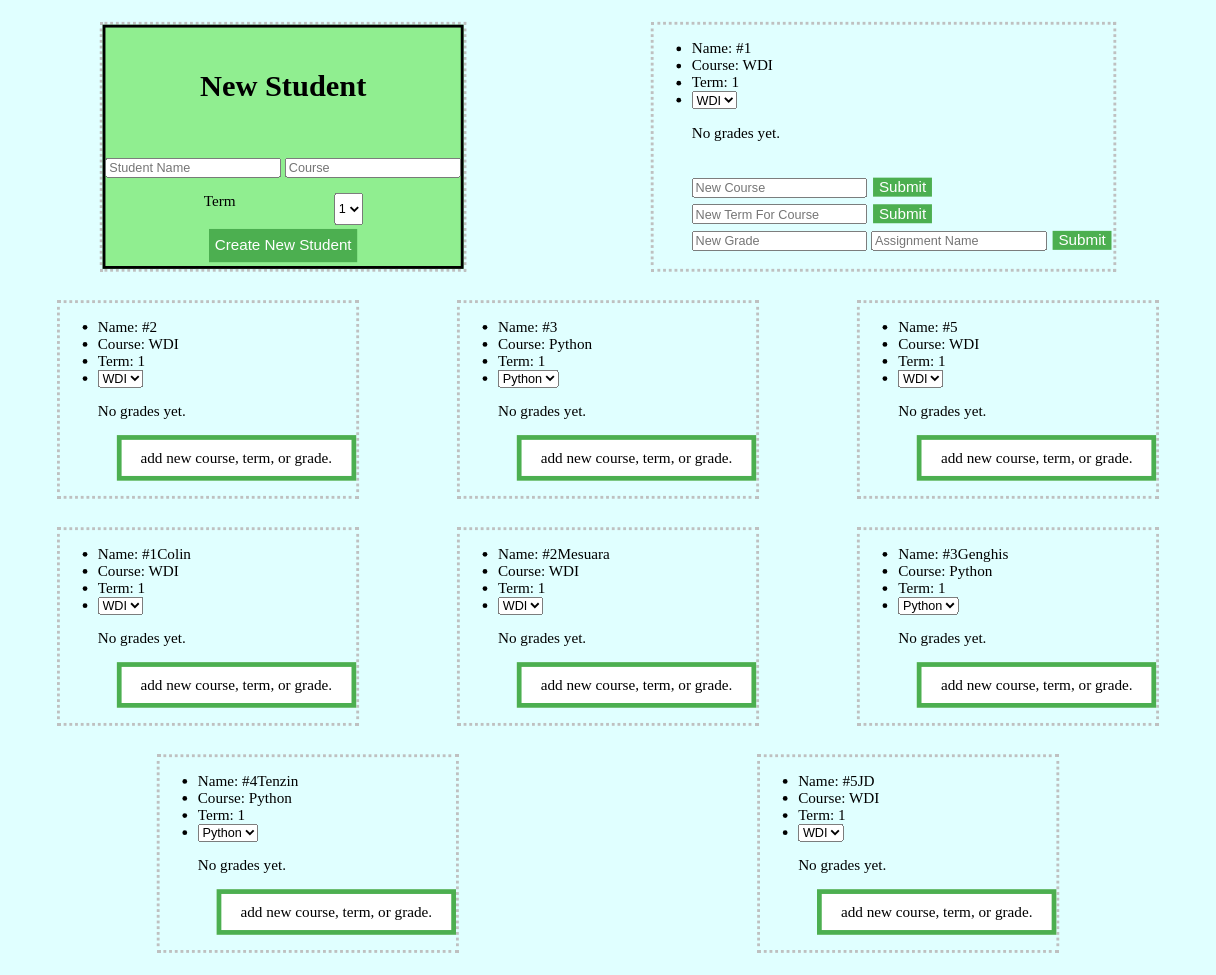
Repository: EdmontDantes/graderaide-fullstack-solution
Page: index.html
These files come from the project's save history. The page is drawn as it stood at one moment and after the next save; the edit follows.
The browser window is 1280 px wide. The pictures show the whole page, at 95% of full size.

Above is the page before, as saved 2020-04-22 13:49:59.

### index.html
<html lang="en">
  <head>
    <title>Graderaide</title>
    <meta charset="UTF-8">
    <meta name="viewport" content="width=device-width, initial-scale=1">
    <link rel="stylesheet" type="text/css" href="style-index.css">
  </head>

  <body>
    <section class="app">
      <section class="student-display" id="create-new-student-tile">

      <section class="new-student-input">
        <h1 id="text-h1-creation-section">New Student</h1>

        <div id="new-student-input-boxes">
          <input type="text" class="new-student-name" name="new-student-name" placeholder="Student Name">
          <input type="text" class="new-student-course" name="new-student-course" placeholder="Course">
        </div>

        <div id="new-student-input-options"
          <label for="new-student-term">Term</label>
          <select class="new-student-term" name="new-student-term">
            <option value="1">1</option>
            <option value="2">2</option>
            <option value="3">3</option>
          </select>
        </div>
        <section class="new-student-submit">
          <button type="submit" class="new-student-button">Create New Student</button>
        </section>
      </section>
    </section>

      <section class="student-display " id="student-1">
        <ul class="student-info">
          <li>Name: #1</li>
          <li>Course: WDI</li>
          <li>Term: 1</li>
          <li>
            <select class="course-selection">
              <option value="wdi">WDI</option>
            </select>
            <p>No grades yet.</p>
          </li>

          <br>
          <div id="data-grades-input student-1">
            <section>
              <!-- <label for="new-course">New Course:</label> -->
              <input type="text" name="new-course" class="new-course" placeholder="New Course">
              <button type="submit" class="submit-new-course">Submit</button>
            </section>
            <section>
              <!-- <label for="new-term">New Term For Course:</label> -->
              <input type="text" name="new-term" class="new-term" placeholder="New Term For Course">
              <button type="submit" class="submit-new-term">Submit</button>
            </section>
            <section>
              <!-- <label for="new-grade">New Grade:</label> -->
              <input type="text" name="new-grade" class="new-grade" placeholder="New Grade">
              <!-- <label for="new-grade-assignment">Assignment Name:</label> -->
              <input type="text" name="new-grade-assignment" class="new-grade-assignment" placeholder="Assignment Name">
              <button type="submit" class="submit-new-grade-assignment">Submit</button>
            </section>
          </div>
        </ul>
      </section>
      <section class="student-display">
        <ul class="student-info">
          <li>Name: #2</li>
          <li>Course: WDI</li>
          <li>Term: 1</li>
          <li>
            <select class="course-selection">
              <option value="wdi">WDI</option>
            </select>
            <p>No grades yet.</p>
          </li><a href="add.html">add new course, term, or grade.</a>
        </ul>
      </section>

      <section class="student-display">
        <ul class="student-info">
          <li>Name: #3</li>
          <li>Course: Python</li>
          <li>Term: 1</li>
          <li>
            <select class="course-selection">
              <option value="python">Python</option>
            </select>
            <p>No grades yet.</p>
          </li><a href="add.html">add new course, term, or grade.</a>
        </ul>
      </section>



      <section class="student-display">
        <ul class="student-info">
          <li>Name: #5</li>
          <li>Course: WDI</li>
          <li>Term: 1</li>
          <li>
            <select class="course-selection">
              <option value="wdi">WDI</option>
            </select>
            <p>No grades yet.</p>
          </li><a href="add.html">add new course, term, or grade.</a>
        </ul>
      </section>

      <section class="student-display">
        <ul class="student-info">
          <li>Name: #1Colin</li>
          <li>Course: WDI</li>
          <li>Term: 1</li>
          <li>
            <select class="course-selection">
              <option value="wdi">WDI</option>
            </select>
            <p>No grades yet.</p>
          </li><a href="add.html">add new course, term, or grade.</a>
        </ul>
      </section>
      <section class="student-display">
        <ul class="student-info">
          <li>Name: #2Mesuara</li>
          <li>Course: WDI</li>
          <li>Term: 1</li>
          <li>
            <select class="course-selection">
              <option value="wdi">WDI</option>
            </select>
            <p>No grades yet.</p>
          </li><a href="add.html">add new course, term, or grade.</a>
        </ul>
      </section>

      <section class="student-display">
        <ul class="student-info">
          <li>Name: #3Genghis</li>
          <li>Course: Python</li>
          <li>Term: 1</li>
          <li>
            <select class="course-selection">
              <option value="python">Python</option>
            </select>
            <p>No grades yet.</p>
          </li><a href="add.html">add new course, term, or grade.</a>
        </ul>
      </section>

      <section class="student-display">
        <ul class="student-info">
          <li>Name: #4Tenzin</li>
          <li>Course: Python</li>
          <li>Term: 1</li>
          <li>
            <select class="course-selection">
              <option value="python">Python</option>
            </select>
            <p>No grades yet.</p>
          </li><a href="add.html">add new course, term, or grade.</a>
        </ul>
      </section>

      <section class="student-display">
        <ul class="student-info">
          <li>Name: #5JD</li>
          <li>Course: WDI</li>
          <li>Term: 1</li>
          <li>
            <select class="course-selection">
              <option value="wdi">WDI</option>
            </select>
            <p>No grades yet.</p>
          </li><a href="add.html">add new course, term, or grade.</a>
        </ul>
      </section>
      </section>
    </section>
  </body>
  <script src="main.js"></script>
</html>

### style-index.css
body {
    background-color: lightcyan;
    display: flex;
    flex-wrap: wrap;
    justify-content: center;
}

.app {
    display: flex;
    flex-direction: row;
    flex-wrap: wrap;
    justify-content: space-around;
}

#text-h1-creation-section {
    display: flex;
    flex-wrap: wrap;
    justify-content: center;
    font-size: 2em;
}

#new-student-input-options {
    display: flex;
    flex-wrap: wrap;
    flex-direction: row;
    justify-content: space-evenly;
}

.new-student-submit {
    display: flex;
    flex-wrap: wrap;
    justify-content: center;
}

.new-student-input {
    display: grid;

    background-color: lightgreen;
    border: 3px solid black;

}
button {
    background-color: #4CAF50;
    border: none;
    color: white;
    text-align: center;
    text-decoration: none;
    display: inline-block;
    font-size: 16px;
    margin: 4px 2px;
    cursor: pointer;
}

.student-display {
    display: flex;
    justify-content: space-around;
    border: 3px dotted #BFC0C0;
    margin: 15px;
}

.student-info {
    display: flex;
    flex-direction: column;
    justify-content: space-evenly;
}

a {
    background-color: white;
    color: black;
    border: 5px solid #4CAF50;
    padding: 10px 20px;
    text-align: center;
    text-decoration: none;
    display: inline-block;
    font-size: 16px;
    margin-left: 20px;
}

### main.js
/******************
 * YOUR CODE HERE *
 ******************/

const Grade = (assignment, score) => {
    return {
        assignment,
        score,
    }
}

const Term = () => {
    return {
    grades: [],

    addGrade: function(assignment, score) {
        const grade = Grade(assignment, score);
        this.grades.push(grade);
    },
    }
}

const Course = (name) => {
    return {
    name,
    terms: [Term()],

    addTerm: function() {
        const term = Term();
        this.terms.push(term);
    }
    }
}

const Student = (name, course, term = 1) => {
    return {
    name,
    course,
    term,
    courses: [Course(course)],

    addCourse: function(course) {
        this.courses.push(Course(course));
        this.course = course;
    },

    getAverage: function(courseToFind = this.course, termIndex = this.term - 1) {
        let foundCourse;
        for (const course of this.courses) {
        if (course.name === courseToFind) {
            foundCourse = course;
        }
        }

        const grades = foundCourse.terms[termIndex].grades;
        if (grades.length === 0) {
        return 'No grades yet.'
        }

        let sum = 0;
        for (const grade of grades) {
        sum += grade.score;
        }

        return sum / grades.length;
    },
    }
}

// const createNewStudentTileQuery = document.querySelector('#create-new-student-tile');
const newStudentNameQuery = document.querySelector('.new-student-name');
const newStudentCourseNameQuery = document.querySelector('.new-student-course');
const newStudentTermNumOptionQuery = document.querySelector('.new-student-term');
const btnNewStudentSubmitQuery = document.querySelector('.new-student-button');

const newStudentTile = function() {

    name = newStudentNameQuery.value;
    course = newStudentCourseNameQuery.value;
    termNum = newStudentTermNumOptionQuery.value;

    let newStudent = Student(name, course, termNum = 1);
    console.log(newStudent);
    const studentDisplay = document.createElement('div');
    studentDisplay.className = 'student-display';
    let numId = document.querySelectorAll('.student-display')

    studentDisplay.id = `student-${numId.length}`;
    const studentInfo = document.createElement('ul');
    const nameItem = document.createElement('li');
    const courseItem = document.createElement('li');
    const termItem  = document.createElement('li');

    nameItem.innerText = `Name: ${newStudent.name}`;
    courseItem.innerText = `Course: ${newStudent.course}`;
    termItem.innerText = `Term: ${newStudent.term}`;


    studentInfo.classList.add('student-info');
    studentInfo.appendChild(nameItem);
    studentInfo.appendChild(courseItem);
    studentInfo.appendChild(termItem);
    // someParentElement.appendChild(studentInfo);
    studentDisplay.append(studentInfo);
    document.querySelector('.app').append(studentDisplay)
}

btnNewStudentSubmitQuery.addEventListener('click', newStudentTile);

After the next save:
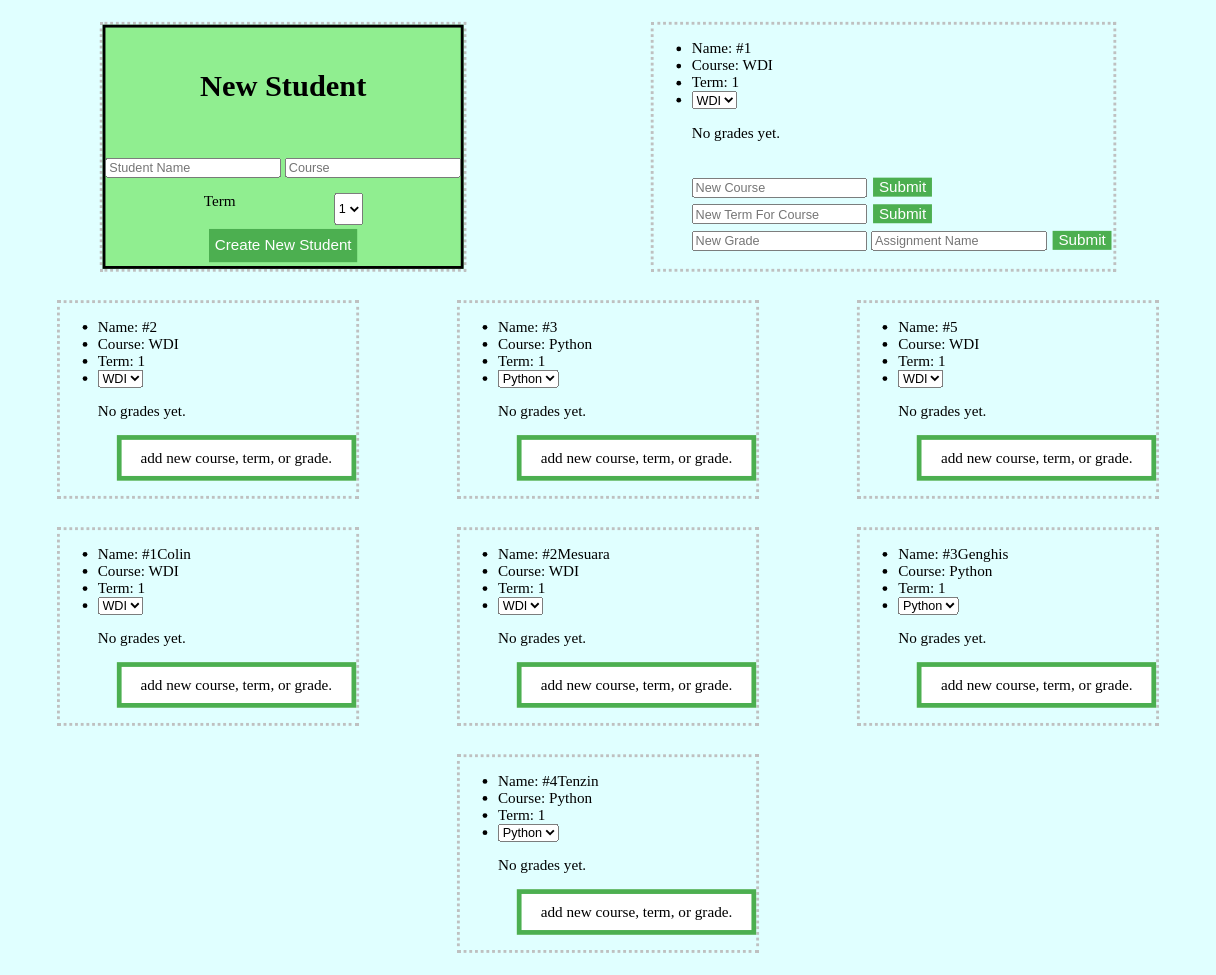
Saved 17 s later.
--- a/index.html
+++ b/index.html
@@ -165,19 +165,6 @@
         </ul>
       </section>
 
-      <section class="student-display">
-        <ul class="student-info">
-          <li>Name: #5JD</li>
-          <li>Course: WDI</li>
-          <li>Term: 1</li>
-          <li>
-            <select class="course-selection">
-              <option value="wdi">WDI</option>
-            </select>
-            <p>No grades yet.</p>
-          </li><a href="add.html">add new course, term, or grade.</a>
-        </ul>
-      </section>
       </section>
     </section>
   </body>
